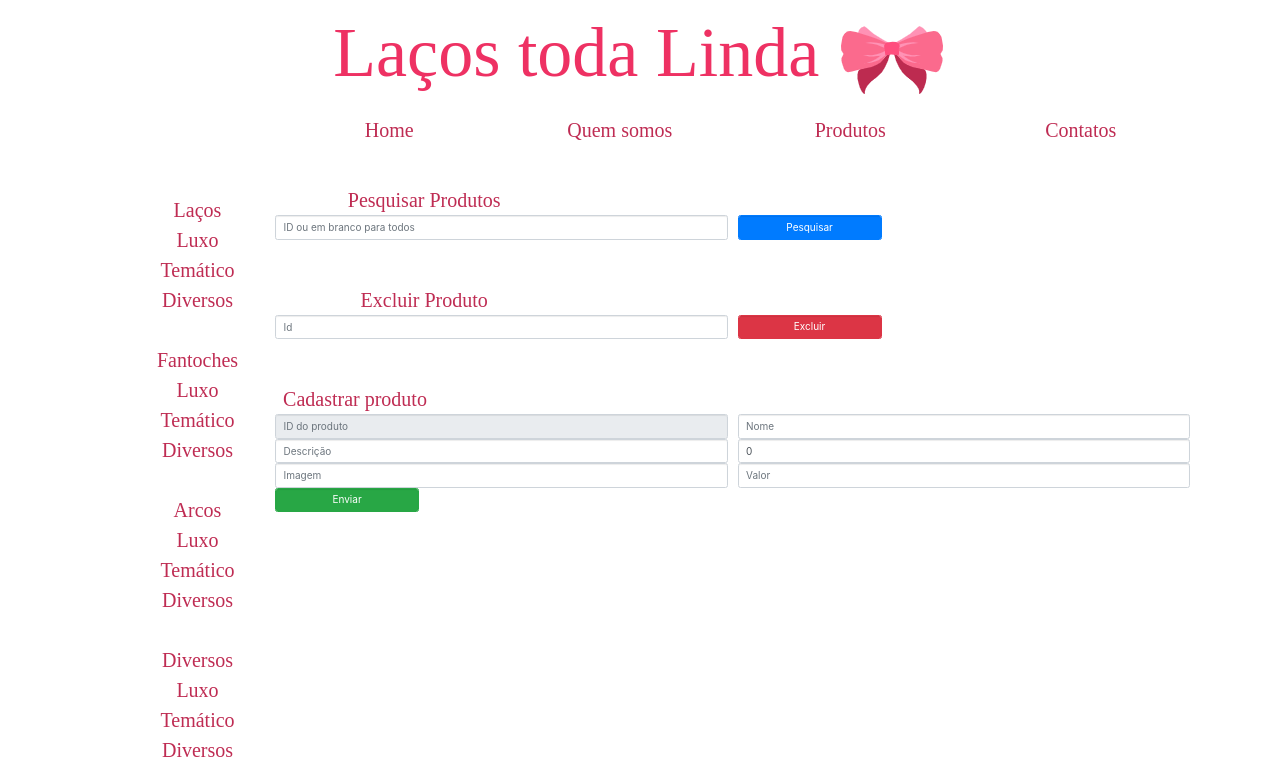
Repository: felipe-camilo/projin2
Page: http://localhost/projetointegrador/admin.jsp
The author's editor kept a copy of each file at every save. The page is drawn from the files as they stood at one save, then again after the next save.
The browser window is 1280 px wide. The pictures show the whole page.
Some web fonts or font styles are not loaded; a fallback is used. The page is served by Tomcat 9.

Above is the page before, as saved 2022-03-30 01:43:12.

After the next save:
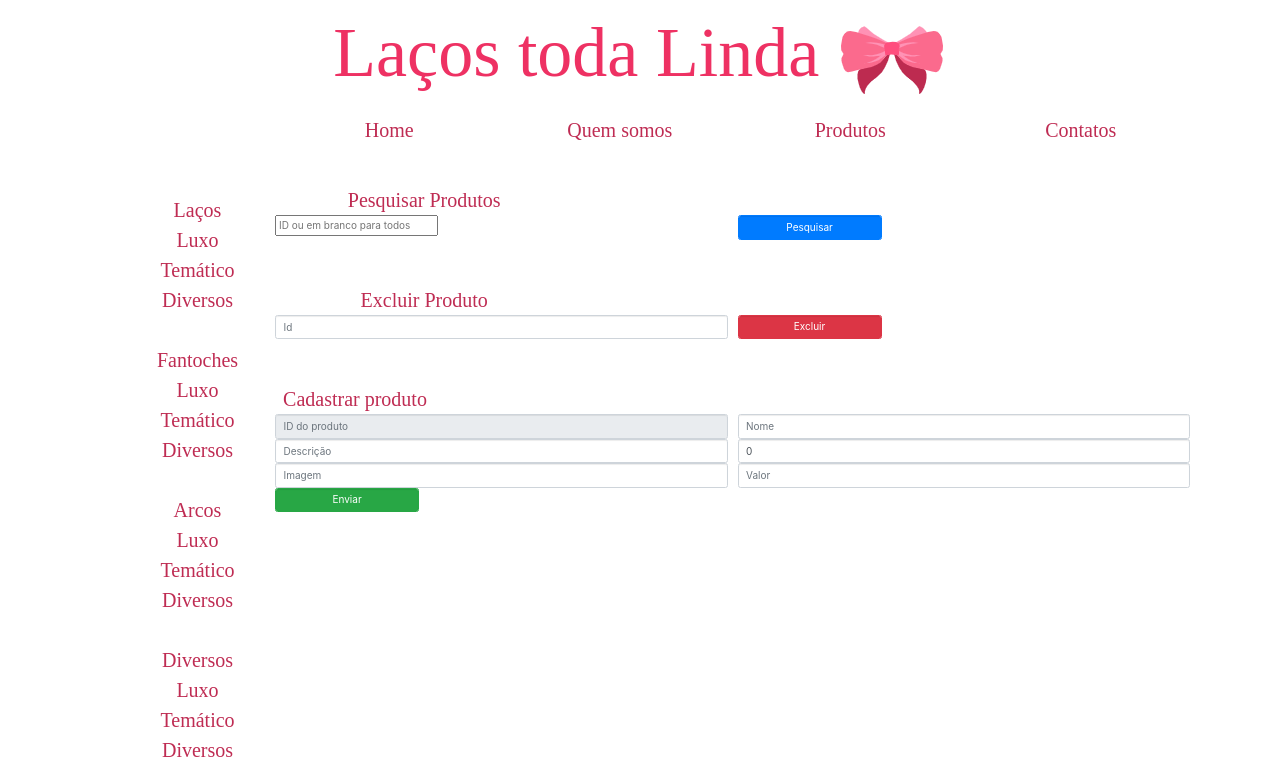
Saved 22 s later.
--- a/projetointegrador/src/main/webapp/admin.jsp
+++ b/projetointegrador/src/main/webapp/admin.jsp
@@ -157,7 +157,7 @@
 						</div>
 						<div class="form-row">
 							<div class="col-6">
-								<input type="text" class="form-control entrada" placeholder="ID ou em branco para todos" name="pesquisa">
+								<input type="text" class="entrada" placeholder="ID ou em branco para todos" name="pesquisa">
 							</div>
 							<div class="col-2">
 								<input class="form-control btn-primary" type="submit" name="pesquisar"

After the save that followed:
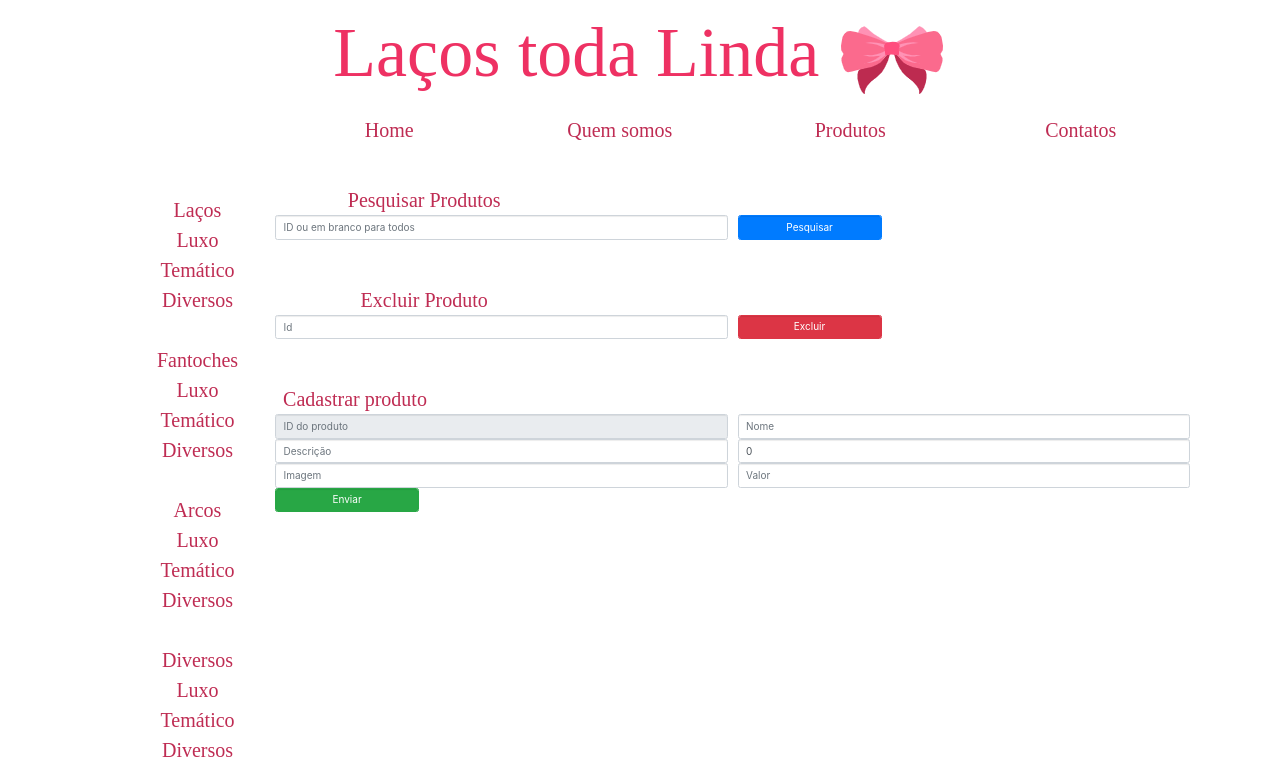
Saved 9 s later.
--- a/projetointegrador/src/main/webapp/admin.jsp
+++ b/projetointegrador/src/main/webapp/admin.jsp
@@ -157,7 +157,7 @@
 						</div>
 						<div class="form-row">
 							<div class="col-6">
-								<input type="text" class="entrada" placeholder="ID ou em branco para todos" name="pesquisa">
+								<input type="text" class="form-control entrada" placeholder="ID ou em branco para todos" name="pesquisa">
 							</div>
 							<div class="col-2">
 								<input class="form-control btn-primary" type="submit" name="pesquisar"
